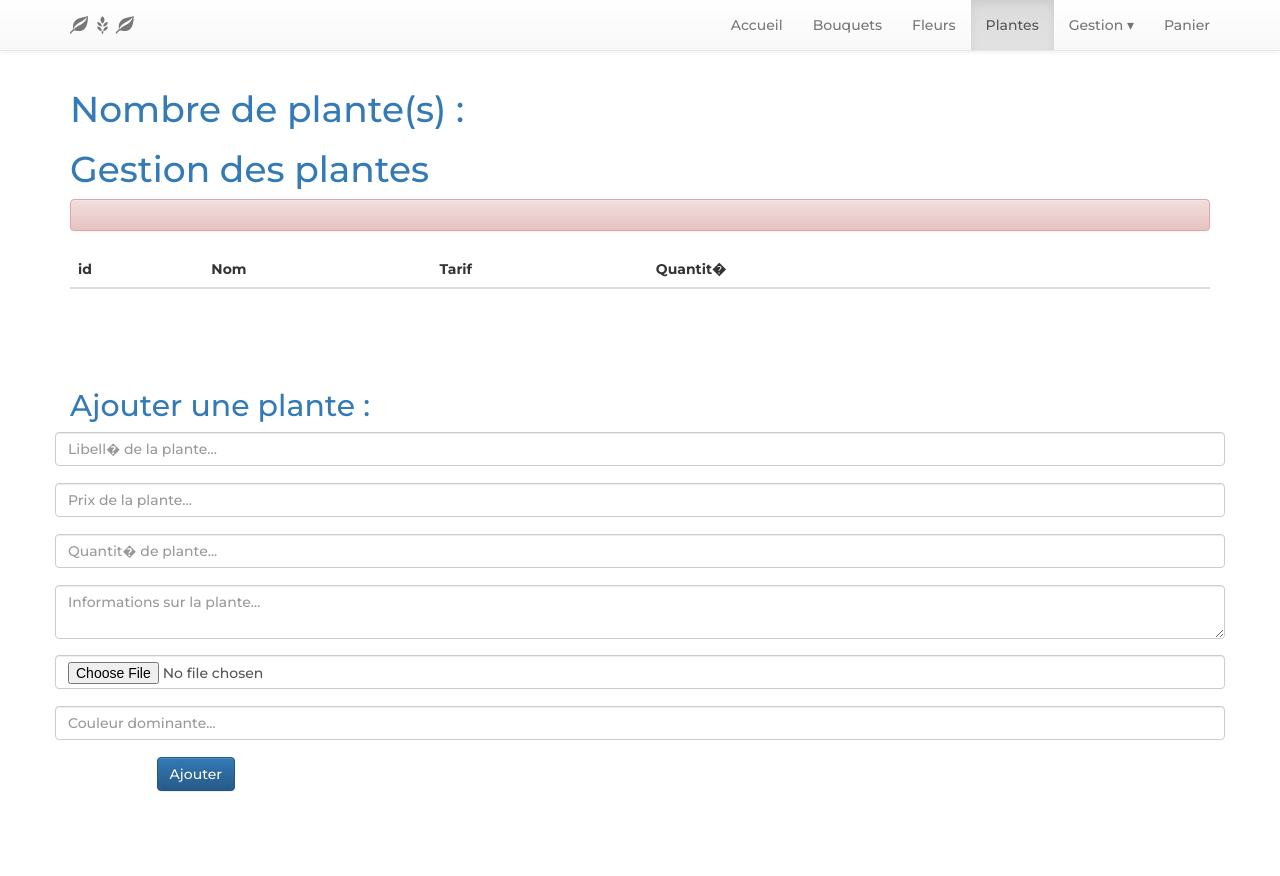
Repository: JeremT8/JavaFleuristeProject
Page: tp-fleuriste/src/main/webapp/modifbouquet.html
An editor plug-in stored every save of this project. The page is shown before and after the next save, followed by the edit.
The browser window is 1280 px wide. The pictures show the whole page.
The page's requests for data from a server got no answer. Some web libraries are served in a nearby version.

Above is the page before, as saved 2022-05-18 08:56:49.

After the next save:
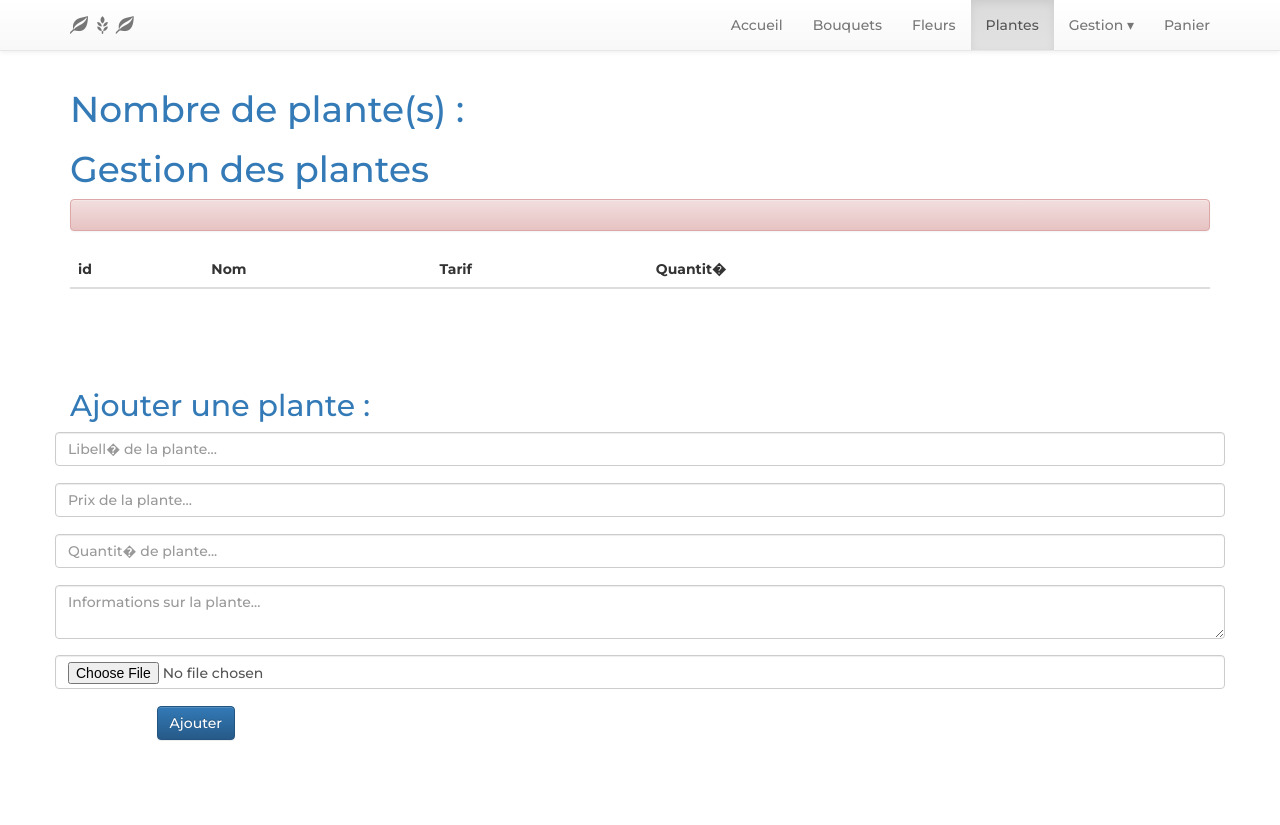
Saved 8 s later.
--- a/tp-fleuriste/src/main/webapp/modifbouquet.html
+++ b/tp-fleuriste/src/main/webapp/modifbouquet.html
@@ -128,13 +128,6 @@
 							placeholder="URL de l'image..." aria-label="Username"
 							aria-describedby="basic-addon1">
 					</div>
-					<div class="div-form-input mb-3">
-						<input
-							type="text" id="couleurPlante" class="form-control"
-							placeholder="Couleur dominante..." aria-label="Username"
-							aria-describedby="basic-addon1">
-					</div>
-
 					<div class="col-xs-2 mt-2">
 						<button type="button" id="bAjoutPlante"
 							class="btn btn-primary pull-right mt-2">Ajouter</button>
